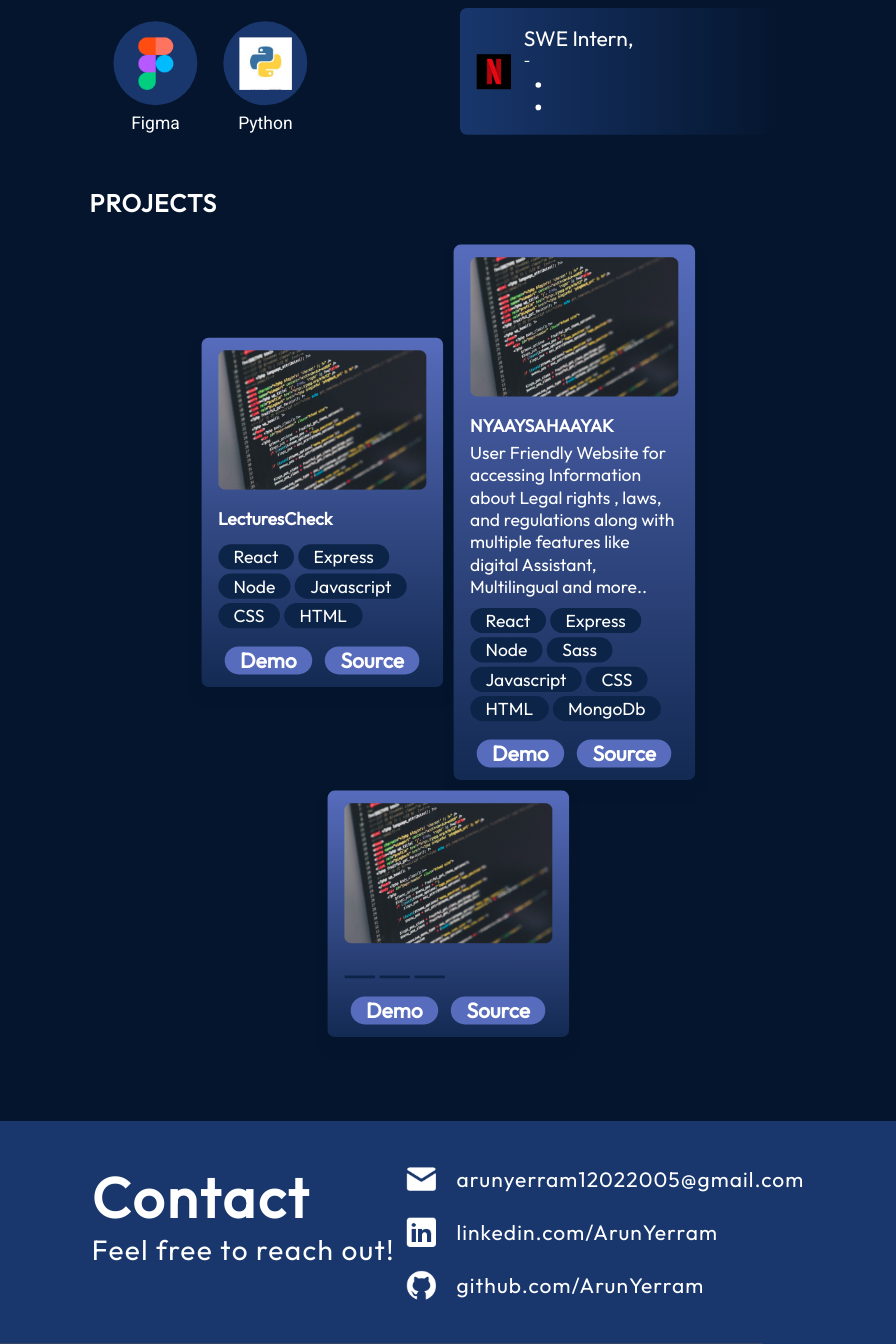
Repository: ARUN-YERRAM/Arun-Yerram-s-Portfolio-Website
Page: /
These files come from the project's save history. The page is drawn as it stood at one moment and after the next save; the edit follows.
The browser window is 1280 px wide. The pictures show the part of the page from y = 1908 to 3828 px (the page is 3828 px tall), at 70% of full size.
The project was rebuilt for these pictures with package versions that can differ from the ones it lists, and the page was loaded fresh each time. Also part of the build but not shown: vite.config.js.

Above is the page before, as saved 2024-06-25 21:22:56.

### index.html
<!DOCTYPE html>
<html lang="en">
  <head>
    <meta charset="UTF-8" />
    <link rel="icon" type="image/png" href="/Passport1.jpg" />
    <meta name="viewport" content="width=device-width, initial-scale=1.0" />
    <title>My Portfolio</title>
  </head>
  <body>
    <div id="root"></div>
    <script type="module" src="/src/main.jsx"></script>
  </body>
</html>

### src/components/About/About.jsx
import React from "react";

import styles from "./About.module.css";
import { getImageUrl } from "../../utils";

export const About = () => {
  return (
    <section className={styles.container} id="about">
      <h2 className={styles.title}>About</h2>
      <div className={styles.content}>
        {/* <img
          src={getImageUrl("about/aboutImage.png")}
          alt="Me sitting with a laptop"
          className={styles.aboutImage}
        /> */}
        <ul className={styles.aboutItems}>
          <li className={styles.aboutItem}>
            <img src={getImageUrl("about/cursorIcon.png")} alt="Cursor icon" />
            <div className={styles.aboutItemText}>
              <h3>Frontend Developer</h3>
              <p>
                I'm a frontend developer with experience in building responsive
                and optimized sites
              </p>
            </div>
          </li>
          <li className={styles.aboutItem}>
            <img src={getImageUrl("about/serverIcon.png")} alt="Server icon" />
            <div className={styles.aboutItemText}>
              <h3>Backend Developer</h3>
              <p>
                I have experience developing fast and optimised back-end systems
                and APIs
              </p>
            </div>
          </li>
          <li className={styles.aboutItem}>
            <img src={getImageUrl("about/cursorIcon.png")} alt="UI icon" />
            <div className={styles.aboutItemText}>
              {/* <h3>UI Designer</h3> */}
              <h3>Problem Solver</h3>
              <p>
                {/* I have designed multiple landing pages and have created design */}
                {/* systems as well */}
                I am a Problem Solver and having a keen interest in Data Structures and Algorithms.
              </p>
            </div>
          </li>
        </ul>
      </div>
    </section>
  );
};

### src/components/Contact/Contact.jsx
import React from "react";

import styles from "./Contact.module.css";
import { getImageUrl } from "../../utils";

export const Contact = () => {
  return (
    <footer id="contact" className={styles.container}>
      <div className={styles.text}>
        <h2>Contact</h2>
        <p>Feel free to reach out!</p>
      </div>
      <ul className={styles.links}>
        <li className={styles.link}>
          <img src={getImageUrl("contact/emailIcon.png")} alt="Email icon" />
          <a href="mailto:myemail@email.com">arunyerram12022005@gmail.com</a>
        </li>
        <li className={styles.link}>
          <img
            src={getImageUrl("contact/linkedinIcon.png")}
            alt="LinkedIn icon"
          />
          <a href="https://www.linkedin.com/in/arun-yerram-906b1524a/">linkedin.com/ArunYerram</a>
        </li>
        <li className={styles.link}>
          <img src={getImageUrl("contact/githubIcon.png")} alt="Github icon" />
          <a href="https://github.com/ARUN-YERRAM">github.com/ArunYerram</a>
        </li>
      </ul>
    </footer>
  );
};

### src/components/Experience/Experience.jsx
import React from "react";

import styles from "./Experience.module.css";
import skills from "../../data/skills.json";
import history from "../../data/history.json";
import { getImageUrl } from "../../utils";

export const Experience = () => {
  return (
    <section className={styles.container} id="experience">
      <h2 className={styles.title}>Skills</h2>
      <div className={styles.content}>
        <div className={styles.skills}>
          {skills.map((skill, id) => {
            return (
              <div key={id} className={styles.skill}>
                <div className={styles.skillImageContainer}>
                  <img src={getImageUrl(skill.imageSrc)} alt={skill.title} />
                </div>
                <p>{skill.title}</p>
              </div>
            );
          })}
        </div>
        <ul className={styles.history}>
          {history.map((historyItem, id) => {
            return (
              <li key={id} className={styles.historyItem}>
                <img
                  src={getImageUrl(historyItem.imageSrc)}
                  alt={`${historyItem.organisation} Logo`}
                />
                <div className={styles.historyItemDetails}>
                  <h3>{`${historyItem.role}, ${historyItem.organisation}`}</h3>
                  <p>{`${historyItem.startDate} - ${historyItem.endDate}`}</p>
                  <ul>
                    {historyItem.experiences.map((experience, id) => {
                      return <li key={id}>{experience}</li>;
                    })}
                  </ul>
                </div>
              </li>
            );
          })}
        </ul>
      </div>
    </section>
  );
};

### src/components/Hero/Hero.jsx
import React from "react";

import styles from "./Hero.module.css";
import { getImageUrl } from "../../utils";

export const Hero = () => {
  return (
    <section className={styles.container}>
      <div className={styles.content}>
        <h1 className={styles.title}>Hi, I'm Arun Yerram</h1>
        <p className={styles.description}>
          {/* I'm a full-stack developer with 5 years of experience using React and */}
          {/* NodeJS. Reach out if you'd like to learn more! */}
          I am Pursing my Bachelor's 2nd year and having keen interest in Problem Solving ,Web Development, and Data Science.

        </p>
        <a href="mailto:arunyerram12022005@email.com" className={styles.contactBtn}>
          Contact Me
        </a>
      </div>
      <img
        src={getImageUrl("hero/Passport1.jpg")}
        alt="Hero image of me"
        className={styles.heroImg}
        width="50px"
        height="400px"
      />
      <div className={styles.topBlur} />
      <div className={styles.bottomBlur} />
    </section>
  );
};

### src/components/Navbar/Navbar.jsx
import React, { useState } from "react";

import styles from "./Navbar.module.css";
import { getImageUrl } from "../../utils";

export const Navbar = () => {
  const [menuOpen, setMenuOpen] = useState(false);

  return (
    <nav className={styles.navbar}>
      <a className={styles.title} href="/">
        Portfolio
      </a>
      <div className={styles.menu}>
        <img
          className={styles.menuBtn}
          src={
            menuOpen
              ? getImageUrl("nav/closeIcon.png")
              : getImageUrl("nav/menuIcon.png")
          }
          alt="menu-button"
          onClick={() => setMenuOpen(!menuOpen)}
        />
        <ul
          className={`${styles.menuItems} ${menuOpen && styles.menuOpen}`}
          onClick={() => setMenuOpen(false)}
        >
          <li>
            <a href="#about">About</a>
          </li>
          <li>
            <a href="#experience">Experience</a>
          </li>
          <li>
            <a href="#projects">Projects</a>
          </li>
          <li>
            <a href="#about">Contact</a>
          </li>
        </ul>
      </div>
    </nav>
  );
};

### src/components/About/About.module.css
@import "../../vars.css";

.container {
  position: relative;
  background-color: rgba(12, 12, 12, 0.6);
  border-radius: 15px;
  padding: 73px;
  margin-top: 129px;
  z-index: 1;
  margin-left: 10%;
  margin-right: 10%;
}

.title {
  color: var(--color-text);
  font-size: 35px;
  font-weight: 700;
  letter-spacing: 1.75px;
  text-transform: uppercase;
}

.content {
  display: flex;
  flex-direction: row;
  align-items: center;
}

.aboutImage {
  width: 35%;
}

.aboutItems {
  color: var(--color-text);
  display: flex;
  flex-direction: column;
  gap: 50px;
}

.aboutItem {
  display: flex;
  flex-direction: row;
  align-items: center;
  border-radius: 20px;
  list-style: none;
  padding: 25px;
  background-image: linear-gradient(
    90deg,
    rgba(165, 215, 232, 0.42) 0%,
    rgba(255, 255, 255, 0) 100%
  );
  background-size: 0 100%;
  background-repeat: no-repeat;
  transition: 0.4s;
}

.aboutItem:hover {
  background-size: 100% 100%;
}

.aboutItem h3 {
  font-size: 25px;
  font-weight: 600;
}

.aboutItem p {
  font-size: 25px;
}

@media screen and (max-width: 830px) {
  .container {
    background-color: transparent;
    padding-left: 0;
    padding-right: 0;
  }

  .content {
    flex-direction: column;
  }

  .aboutImage {
    display: none;
  }

  .aboutItems {
    margin-top: 29px;
  }

  .aboutItem {
    padding-left: 0;
    padding-right: 0;
  }
}

### src/components/Contact/Contact.module.css
@import "../../vars.css";

.container {
  color: var(--color-text);
  margin-top: 120px;
  background-color: var(--color-secondary);
  display: flex;
  flex-direction: row;
  justify-content: space-evenly;
  width: 100vw;
  padding: 58px 10%;
  gap: 10px;
}

.text h2 {
  font-size: 80px;
  font-weight: 700;
  letter-spacing: 4px;
}

.text p {
  font-size: 40px;
  font-weight: 400;
  letter-spacing: 2px;
}

.links {
  display: flex;
  flex-direction: column;
  align-items: flex-start;
  list-style: none;
  gap: 26px;
}

.link {
  display: flex;
  align-items: center;
  gap: 25px;
}

.link a {
  color: var(--color-text);
  text-decoration: none;
  font-size: 30px;
  font-weight: 400;
  letter-spacing: 1.5px;
}

@media screen and (max-width: 830px) {
  .container {
    flex-direction: column;
    gap: 23px;
  }

  .text {
    display: flex;
    flex-direction: column;
    align-items: center;
  }

  .links {
    align-items: center;
  }
}

### src/components/Experience/Experience.module.css
@import "../../vars.css";

.container {
  color: var(--color-text);
  margin-top: 79px;
  margin-left: 10%;
  margin-right: 10%;
}

.title {
  color: var(--color-text);
  font-size: 35px;
  font-weight: 700;
  letter-spacing: 1.75px;
  text-transform: uppercase;
}

.content {
  display: flex;
  flex-direction: row;
  justify-content: space-evenly;
  margin-top: 14px;
}

.skills {
  width: 45%;
  display: flex;
  flex-wrap: wrap;
  gap: 37px;
}

.skill {
  display: flex;
  flex-direction: column;
  align-items: center;
  gap: 11px;
}

.skillImageContainer {
  background-color: var(--color-secondary);
  border-radius: 100%;
  display: flex;
  align-items: center;
  justify-content: center;
  width: 120px;
  height: 120px;
}

.skillImageContainer img {
  width: 75px;
}

.skill p {
  font-size: 25px;
  font-family: var(--font-roboto);
  font-weight: 500;
}

.history {
  width: 45%;
  display: flex;
  flex-direction: column;
  gap: 40px;
}

.historyItem {
  display: flex;
  flex-direction: row;
  align-items: center;
  gap: 17px;
  background: #19376d;
  background: linear-gradient(90deg, #19376d 0%, rgba(25, 55, 109, 0) 100%);
  border-radius: 10px;
  padding: 24px;
}

.historyItem img {
  width: 50px;
}

.historyItemDetails {
  font-family: var(--font-roboto);
}

.historyItemDetails h3 {
  font-size: 30px;
  font-weight: 500;
}

.historyItemDetails p {
  font-size: 20px;
  font-weight: 300;
}

.historyItemDetails ul {
  margin-top: 6px;
  list-style-position: inside;
  font-size: 25px;
  list-style-type: disc;
  margin-left: 17px;
}

@media screen and (max-width: 830px) {
  .content {
    flex-direction: column;
    align-items: center;
    gap: 34px;
  }

  .skills {
    width: 100%;
    flex-direction: row;
    justify-content: center;
  }

  .history {
    width: 100%;
    gap: 9px;
  }
}

### src/data/skills.json
[
  {
    "title": "HTML",
    "imageSrc": "skills/html.png"
  },
  {
    "title": "CSS",
    "imageSrc": "skills/css.png"
  },
  {
    "title": "React",
    "imageSrc": "skills/react.png"
  },
  {
    "title": "Node",
    "imageSrc": "skills/node.png"
  },
  {
    "title": "C++",
    "imageSrc": "skills/graphql.png"
  },
  {
    "title": "MongoDB",
    "imageSrc": "skills/mongodb.png"
  },
  {
    "title": "Figma",
    "imageSrc": "skills/figma.png"
  },
  {
    "title": "Python",
    "imageSrc": "skills/python.png"
  }
]

### src/data/history.json
[
  {
    "role": "Software Engineer",
    "organisation": "",
    "startDate": "",
    "endDate": "",
    "experiences": [],
    "imageSrc": "history/google.png"
  },
  {
    "role": "UI Designer",
    "organisation": "",
    "startDate": "",
    "endDate": "",
    "experiences": ["", ""],
    "imageSrc": "history/microsoft.png"
  },
  {
    "role": "SWE Intern",
    "organisation": "",
    "startDate": "",
    "endDate": "",
    "experiences": [
      "",
      ""
    ],
    "imageSrc": "history/netflix.png"
  }
]

### src/components/Hero/Hero.module.css
@import "../../vars.css";

.container {
  position: relative;
  display: flex;
  align-items: center;
  justify-content: space-between;
  margin-top: 49px;
  z-index: 1;
  margin-left: 10%;
  margin-right: 10%;
}

.content {
  display: flex;
  flex-direction: column;
  align-items: flex-start;
  color: var(--color-text);
  z-index: 1;
}

.title {
  font-size: 72px;
  font-weight: 900;
  margin-bottom: 33px;
  font-family: var(--font-roboto);
  background: linear-gradient(
    90deg,
    rgba(255, 255, 255, 1) 70%,
    rgba(255, 255, 255, 0) 120%
  );
  -webkit-text-fill-color: transparent;
  -webkit-background-clip: text;
}

.description {
  font-size: 30px;
  font-family: var(--font-roboto);
  margin-bottom: 52px;
}

.contactBtn {
  text-decoration: none;
  background-color: var(--color-primary);
  color: var(--color-text);
  border-radius: 100px;
  font-size: 30px;
  font-weight: 600;
  padding: 17px 26px;
  box-shadow: 0 0 4px 0 rgba(0, 0, 0, 0.25);
}

.heroImg {
  width: 50%;
  z-index: 1;

  animation-name: floating;
  animation-duration: 3s;
  animation-iteration-count: infinite;
  animation-timing-function: ease-in-out;
}

@keyframes floating {
  0% {
    transform: translate(0, 0px);
  }
  50% {
    transform: translate(0, 10px);
  }
  100% {
    transform: translate(0, -0px);
  }
}

.topBlur {
  position: absolute;
  width: 50vw;
  height: 50vw;
  min-width: 350px;
  min-width: 350px;
  top: -128px;
  left: -10vw;
  border-radius: 764px;
  background: rgba(25, 55, 109, 0.7);
  filter: blur(100px);
  z-index: 0;
}

.bottomBlur {
  position: absolute;
  width: 70vw;
  height: 50vw;
  min-width: 350px;
  min-width: 250px;
  top: 246px;
  right: -25vw;
  border-radius: 764px;
  background: rgba(25, 55, 109, 0.7);
  filter: blur(100px);
  z-index: 0;
}

@media screen and (max-width: 830px) {
  .container {
    flex-direction: column-reverse;
  }

  .content {
    align-items: center;
  }
}

### src/components/Navbar/Navbar.module.css
@import "../../vars.css";

.navbar {
  position: relative;
  display: flex;
  align-items: center;
  justify-content: space-between;
  padding-top: 61px;
  z-index: 2;
  margin: 0 10%;
}

.title {
  font-size: 30px;
  font-weight: 600;
  text-decoration: none;
  color: var(--color-text);
}


.menuBtn {
  display: none;
}

.menu {
  display: flex;
}

.menuItems {
  display: flex;
  gap: 47px;
  list-style: none;
}

.menuItems a {
  font-size: 25px;
  color: var(--color-text);
  text-decoration: none;
}

@media screen and (max-width: 830px) {
  .navbar {
    flex-direction: column;
    align-items: flex-start;
  }

  .menu {
    position: absolute;
    right: 0;
    margin-right: 10%;
    flex-direction: column;
    align-items: flex-end;
    gap: 11px;
    z-index: 3;
  }

  .menuBtn {
    display: block;
    cursor: pointer;
  }

  .menuItems {
    display: none;
    flex-direction: column;
    align-items: center;
    gap: 13px;
    border-radius: 10px;
    background: rgb(25, 55, 109);
    background: linear-gradient(
      0deg,
      rgba(25, 55, 109, 0.2) 0%,
      rgba(25, 55, 109, 1) 100%
    );
    padding: 24px 33px;
    box-shadow: 0 0 4px 0 rgba(0, 0, 0, 0.25);
  }

  .menuOpen {
    display: flex;
    z-index: 1;
  }
}

### src/data/projects.json
[
  {
    "title": "LecturesCheck",
    "imageSrc": "projects/project.png",
    "description": "",
    "skills": ["React", "Express", "Node","Javascript","CSS","HTML"],
    "demo": "",
    "source": "https://github.com/ARUN-YERRAM/LecturesCheck"
  },
  {
    "title": "NYAAYSAHAAYAK",
    "imageSrc": "projects/project.png",
    "description": "User Friendly Website for accessing Information about Legal rights , laws, and regulations along with multiple features like digital Assistant, Multilingual and more.. ",
    "skills": ["React", "Express", "Node", "Sass","Javascript","CSS","HTML","MongoDb"],
    "demo": "",
    "source": "https://github.com/ARUN-YERRAM/NYAAYSAHAAYAK"
  },
  {
    "title": "",
    "imageSrc": "projects/project.png",
    "description": "",
    "skills": ["", "", ""],
    "demo": "",
    "source": ""
  }
]

### src/components/Projects/ProjectCard.jsx
import React from "react";

import styles from "./ProjectCard.module.css";
import { getImageUrl } from "../../utils";

export const ProjectCard = ({
  project: { title, imageSrc, description, skills, demo, source },
}) => {
  return (
    <div className={styles.container}>
      <img
        src={getImageUrl(imageSrc)}
        alt={`Image of ${title}`}
        className={styles.image}
      />
      <h3 className={styles.title}>{title}</h3>
      <p className={styles.description}>{description}</p>
      <ul className={styles.skills}>
        {skills.map((skill, id) => {
          return (
            <li key={id} className={styles.skill}>
              {skill}
            </li>
          );
        })}
      </ul>
      <div className={styles.links}>
        <a href={demo} className={styles.link}>
          Demo
        </a>
        <a href={source} className={styles.link}>
          Source
        </a>
      </div>
    </div>
  );
};

### src/components/Projects/ProjectCard.module.css
@import "../../vars.css";

.container {
  display: flex;
  flex-direction: column;
  border-radius: 10px;
  background: linear-gradient(180deg, #576cbc 0%, #132a53 100%);
  box-shadow: 0 16px 14px 0 #04152d;
  padding: 18px 24px;
  max-width: 345px;
}

.image {
  margin-bottom: 26px;
}

.title {
  font-size: 25px;
  font-weight: 700;
}

.description {
  margin-top: 6px;
  font-size: 25px;
  font-weight: 400;
}

.skills {
  width: 100%;
  margin-top: 14px;
  display: flex;
  flex-direction: row;
  flex-wrap: wrap;
  gap: 6px;
  list-style: none;
}

.skill {
  font-size: 25px;
  font-weight: 400;
  border-radius: 100px;
  background: var(--color-dark);
  padding: 2px 22px;
}

.links {
  width: 100%;
  margin-top: 26px;
  display: flex;
  justify-content: space-around;
}

.link {
  text-decoration: none;
  color: var(--color-text);
  font-size: 30px;
  font-weight: 600;
  border-radius: 100px;
  background: var(--color-primary);
  padding: 1px 22px;
}

Loaded but not shown: src/main.jsx (common file); src/App.jsx (common file); src/index.css (common file); src/App.module.css (common file); src/components/Projects/Projects.jsx (common file); src/vars.css (common file); src/utils.js (common file); src/components/Projects/Projects.module.css (common file)

After the next save:
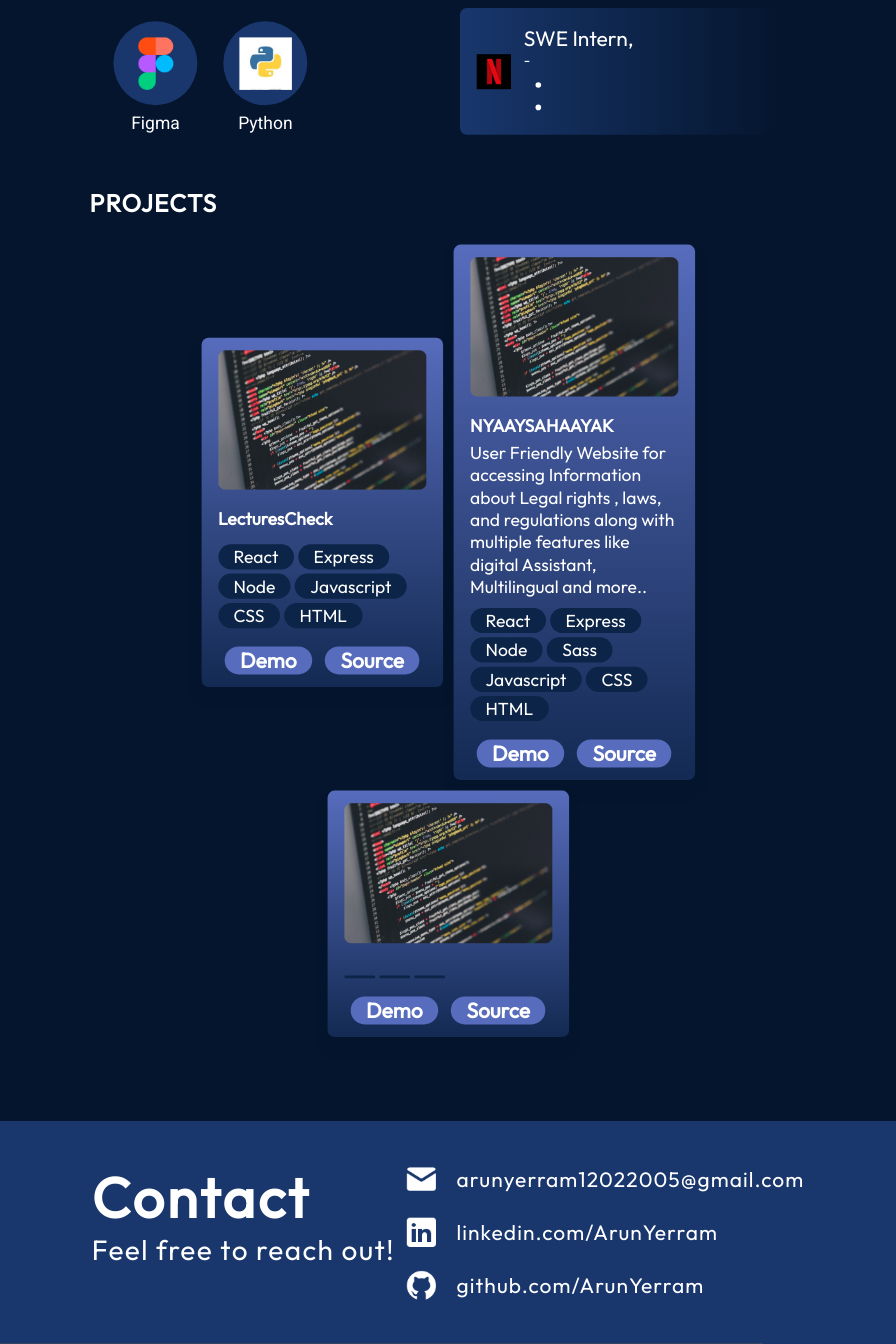
Saved 8 s later.
--- a/src/data/projects.json
+++ b/src/data/projects.json
@@ -11,7 +11,7 @@
     "title": "NYAAYSAHAAYAK",
     "imageSrc": "projects/project.png",
     "description": "User Friendly Website for accessing Information about Legal rights , laws, and regulations along with multiple features like digital Assistant, Multilingual and more.. ",
-    "skills": ["React", "Express", "Node", "Sass","Javascript","CSS","HTML","MongoDb"],
+    "skills": ["React", "Express", "Node", "Sass","Javascript","CSS","HTML"],
     "demo": "",
     "source": "https://github.com/ARUN-YERRAM/NYAAYSAHAAYAK"
   },
